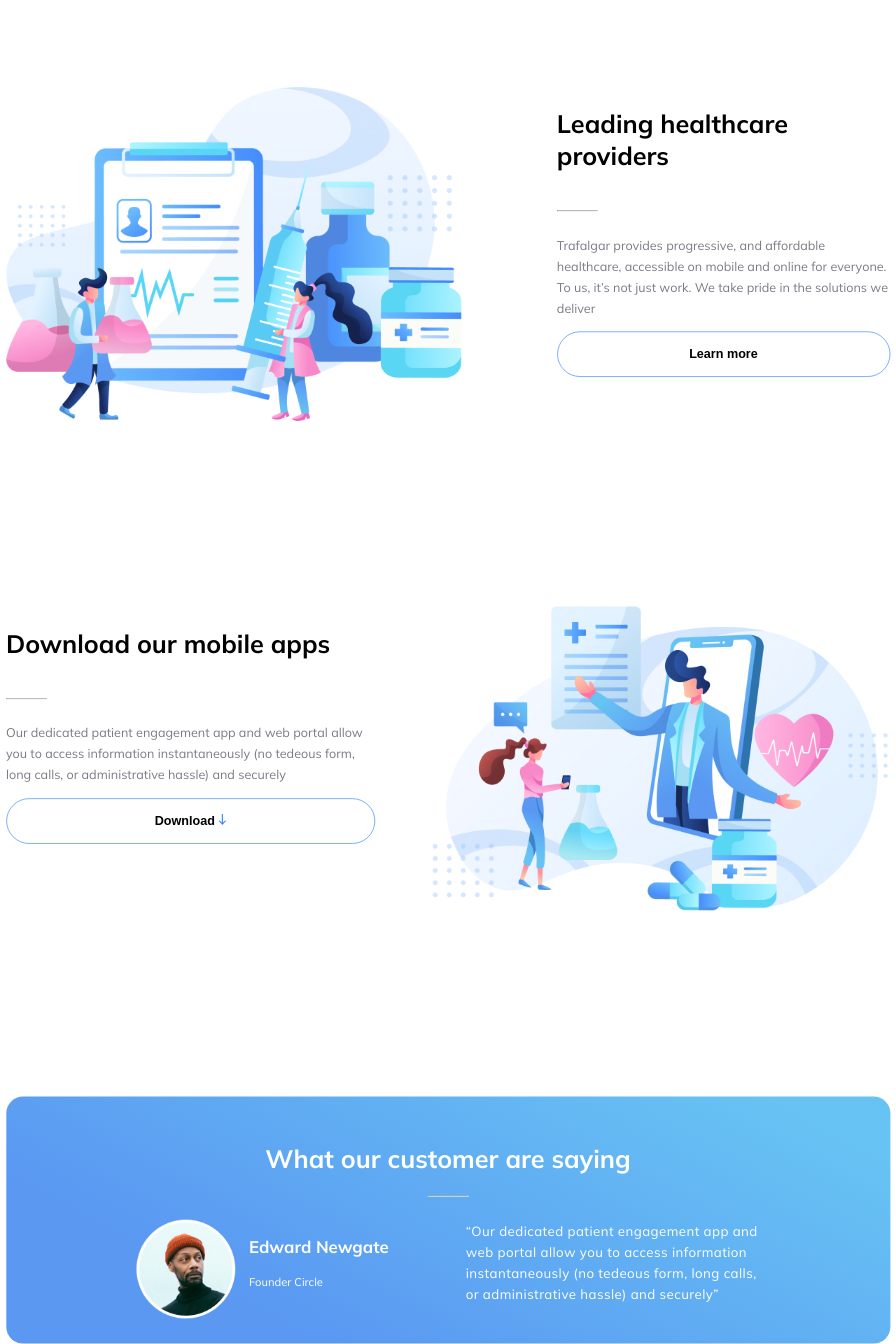
Repository: ivan-developer-01/trafalgar-layout
Page: index.html
An editor plug-in stored every save of this project. The page is shown before and after the next save, followed by the edit.
The browser window is 1280 px wide. The pictures show the part of the page from y = 2078 to 3998 px (the page is 3998 px tall before and 3986 px after), at 70% of full size.

Above is the page before, as saved 2024-11-08 16:06:32.

### index.html
<!DOCTYPE html>
<html lang="en">
<head>
	<meta charset="UTF-8">
	<meta http-equiv="X-UA-Compatible" content="IE=edge">
	<meta name="viewport" content="width=device-width, initial-scale=1.0">
	<title>Trafalgar Services</title>
	<link rel="preconnect" href="https://fonts.googleapis.com">
	<link rel="preconnect" href="https://fonts.gstatic.com" crossorigin>
	<link href="https://fonts.googleapis.com/css2?family=Mulish:ital,wght@0,200;0,300;0,400;0,500;0,600;0,700;0,800;0,900;1,200;1,300;1,400;1,500;1,600;1,700;1,800;1,900&display=swap" rel="stylesheet">
	<link rel="stylesheet" href="style.css">
</head>
<body>
	<header class="header">
		<div class="container">
			<!-- left part -->
			<div>
				<div class="logo">
					<img src="images/logo.png" alt="Trafalgar Logo">
				</div>
			</div>

			<!-- right part -->
			<div>
				<nav>
					<a href="#" class="nav__link nav__link-main">Home</a>
					<a href="#" class="nav__link">Find a doctor</a>
					<a href="#" class="nav__link">Apps</a>
					<a href="#" class="nav__link">Testimonials</a>
					<a href="#" class="nav__link">About us</a>
				</nav>
			</div>
		</div>
	</header>

	<main>
		<section class="main-info">
			<div class="container">
				<!-- left part -->
				<div>
					<h1>Virtual healthcare for you</h1>

					<p>Trafalgar provides progressive, and affordable healthcare, accessible on mobile and online for everyone</p>

					<button class="button round-button bg-blue">Consult today</button>
				</div>

				<!-- right part -->
				<div>
					<img src="images/hero.png" alt="Trafalgar hero image">
				</div>
			</div>

			<div class="overlay"></div>
		</section>

		<section class="our-services">
			<div class="container">
				<h2>Our services</h2>
				<hr>

				<p>We provide to you the best choiches for you. Adjust it to your health needs and make sure your undergo treatment with our highly qualified doctors you can consult with us which type of service is suitable for your health</p>

				<div class="cards">
					<div class="card">
						<img src="images/our-services/cards/search-doctor.svg" alt="Search doctor">
						<h3>Search doctor</h3>
						<p>Choose your doctor from thousands of specialist, general, and trusted hospitals</p>
					</div>
					<div class="card">
						<img src="images/our-services/cards/online-pharmacy.svg" alt="Online pharmacy">
						<h3>Online pharmacy</h3>
						<p>Buy  your medicines with our mobile application with a simple delivery system</p>
					</div>
					<div class="card">
						<img src="images/our-services/cards/consultation.svg" alt="Consultation">
						<h3>Consultation</h3>
						<p>Free consultation with our trusted doctors and get the best recomendations</p>
					</div>
					<div class="card">
						<img src="images/our-services/cards/details-info.svg" alt="Details info">
						<h3>Details info</h3>
						<p>Free consultation with our trusted doctors and get the best recomendations</p>
					</div>
					<div class="card">
						<img src="images/our-services/cards/emergency-care.svg" alt="Emergency care">
						<h3>Emergency care</h3>
						<p>You can get 24/7 urgent care for yourself or your children and your
lovely family</p>
					</div>
					<div class="card">
						<img src="images/our-services/cards/tracking.svg" alt="Tracking">
						<h3>Tracking</h3>
						<p>Track and save your medical history and health data</p>
					</div>
				</div>

				<button class="button round-button">Learn more</button>
			</div>

			<div class="overlay"></div>
			<div class="top-overlay"></div>
		</section>

		<section class="apps">
			<div class="container">
				<div class="flex-two-blocks">
					<!-- left part -->
					<div>
						<div class="image">
							<img src="images/apps/leading-healthcare-providers.png" alt="Leading healthcare providers">
						</div>
					</div>

					<!-- right part -->
					<div>
						<h2>Leading healthcare providers</h2>
						<hr>
						<p>
							Trafalgar provides progressive, and affordable healthcare, accessible on mobile and online for everyone. To us, it’s not just work. We take pride in the solutions we deliver
						</p>

						<button class="button round-button">Learn more</button>
					</div>
				</div>

				<div class="flex-two-blocks">
					<!-- left part -->
					<div>
						<h2>Download our mobile apps</h2>
						<hr>
						<p>
							Our dedicated patient engagement app and web portal allow you to access information instantaneously (no tedeous form, long calls, or administrative hassle) and securely
						</p>

						<button class="button round-button">Download
							<img src="images/arrow-download.svg" alt="Download icon">
						</button>
					</div>

					<!-- right part -->
					<div>
						<div class="image">
							<img src="images/apps/mobile-apps.png" alt="Mobile apps">
						</div>
					</div>
				</div>
			</div>
		</section>

		<section class="reviews">
			<div class="container">
				<h2>What our customer are saying</h2>
				<hr>
				<div class="review-slider">
					<div class="review">
						<div class="review-user">
							<img src="images/reviews/avatar-1.png" alt="Avatar" class="avatar">
							<div class="user-credentials">
								<h3>Edward Newgate</h3>
								<span>Founder Circle</span>
							</div>
						</div>

						<div class="review-text">
							<p>
								“Our dedicated patient engagement app and web portal allow you to access information instantaneously (no tedeous form, long calls, or administrative hassle) and securely”
							</p>
						</div>
					</div>
				</div>
			</div>
		</section>
	</main>
</body>
</html>

### style.css
html,
body {
	width: 100vw;
	margin: 0;
	padding: 0;
	font-family: 'Mulish', sans-serif;
}

.container {
	width: 100%;
	max-width: 1263px;
	margin: 0 auto;
}

section hr {
	width: 56px;
	margin-top: 26px;
	margin-bottom: 33px;
}

h1 {
	font-size: 48px;
}

h3 {
	font-size: 24px;
}

p {
	color: #7D7987;
	margin-top: 0;
}

.button {
	/* appearance: none; */
	border: 1px solid #458FF6;
	background: transparent;
	cursor: pointer;
	font-weight: 700;
	font-size: 18px;
	padding: 21px 41px;
}

.button.round-button {
	border-radius: 999px;
}

.bg-blue {
	background-color: #458FF6;
	color: #FFF;
}

/* header */
.header {
	padding-top: 56px;
}

.header .container {
	display: flex;
	justify-content: space-between;
	align-items: center;
}

.header nav {
	display: flex;
	gap: 40px;
	font-size: 18px;
}

.header nav a {
	text-decoration: none;
	color: #8f8a9a;
}

.header .nav__link-main {
	color: #1F1534;
}
/* /header */

/* main-info */
.main-info {
	position: relative;
}

.main-info .overlay {
	position: absolute;
	top: 0;
	left: 0;
	right: 0;
	bottom: 0;
	background-image: url(images/main-info-overlay.png);
	background-repeat: no-repeat;
	z-index: -1;
}

.main-info .container {
	display: flex;
	justify-content: space-between;
	align-items: center;
	gap: 109px;
}

.main-info p {
	font-size: 21px;
	line-height: 32px;
	margin-top: 25px;
	margin-bottom: 45px;
}
/* /main-info */

/* our-services */
.our-services {
	margin-top: 190px;
	position: relative;
}

.our-services .overlay,
.our-services .top-overlay {
	position: absolute;
	right: 0;
	bottom: 0;
	left: 0;
	background-repeat: no-repeat;
	z-index: -1;
	pointer-events: none;
}

.our-services .overlay {
	top: calc(20% - 44px);
	background-image: url(images/our-services/our-services-overlay.svg);
}

.our-services .top-overlay {
	top: 46%;
	left: 76%;
	background-image: url(images/our-services/our-services-top-overlay.svg);
}

.our-services .container {
	text-align: center;
}

.our-services p {
	max-width: 952px;
	margin: 0 auto;
}

.our-services .cards {
	display: grid;
	grid-template-columns: repeat(3, 1fr);
	gap: 34px;
	margin-top: 80px;
	position: relative;
	background: transparent;
}

.our-services .cards .card {
	box-shadow: 10px 40px 50px 0px #E5E9F666;
	/* top right bottom left */
	width: calc(350px - 52px - 36px);
	height: calc(354px - 58px - 47px);
	border-radius: 20px;
	padding: 58px 52px 47px 36px;
	text-align: left;
	background: #FFF;
	z-index: 1;
}

.our-services .cards .card p {
	font-size: 16px;
	line-height: 28px;
}

.our-services .cards .card h3 {
	margin-top: 36.25px;
}

.our-services .button {
	margin-top: 72px;
	color: #458FF6;
	border-width: 1.4px;
	min-width: 200px;
}
/* /our-services */

/* apps */
.apps {
	margin-top: 220px;
}

.apps .container {
	display: grid;
	gap: 265px;
}

.apps .flex-two-blocks {
	display: flex;
}

.apps .flex-two-blocks div {
	display: flex;
	flex-direction: column;
}

.apps .flex-two-blocks h2 {
	font-size: 36px;
}

.apps .flex-two-blocks hr {
	text-align: left;
	width: 56px;
	margin-left: 0;
	margin-right: 0;
}

.apps .flex-two-blocks p {
	font-size: 18px;
	line-height: 30px;
}

.apps .flex-two-blocks:first-child {
	gap: 137px;
}

.apps .flex-two-blocks:last-child {
	gap: 71px;
}
/* /apps */

/* reviews */
.reviews {
	margin-top: 266px;
}

.reviews .container {
	background: linear-gradient(208.18deg, #67C3F3 9.05%, #5A98F2 76.74%);
	color: white;
	text-align: center;
	padding-top: 36px;
	padding-bottom: 36px;
	border-radius: 24px;
}

.reviews hr {
	color: white;
}

.reviews h2 {
	font-size: 36px;
}


.review-slider .review {
	display: flex;
	justify-content: center;
	align-items: center;
	gap: 110px;
}

.review-slider .review .review-user {
	display: flex;
	justify-content: center;
	gap: 20px;
	text-align: left;
}

.review-slider .review .review-text {
	text-align: left;
	max-width: 420px;
}

.review-slider .review .review-text p {
	color: white;
	font-size: 19px;
	letter-spacing: 0.6px;
	line-height: 30px;
}
/* /reviews */

After the next save:
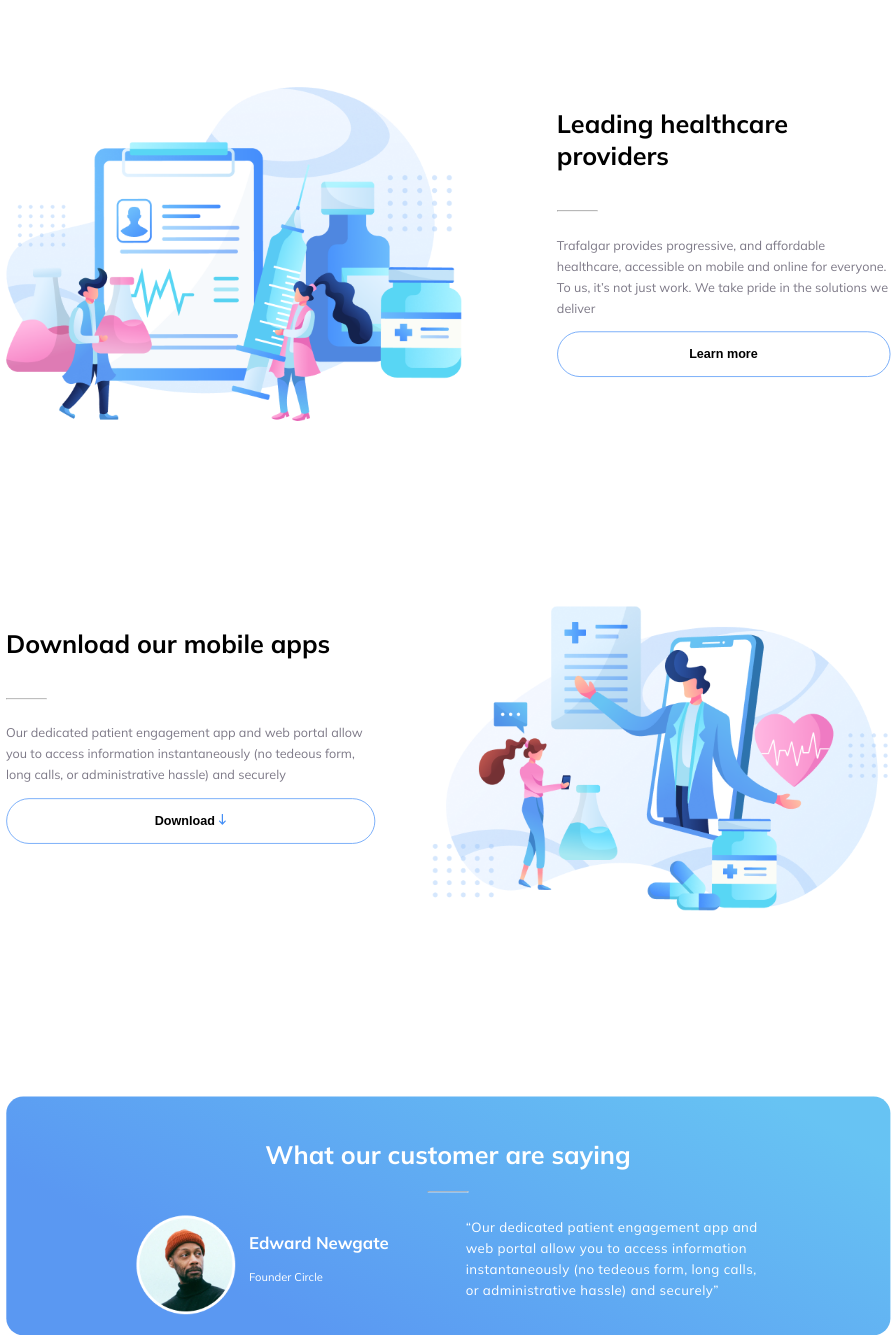
Saved 12 s later.
--- a/style.css
+++ b/style.css
@@ -236,8 +236,8 @@ p {
 	background: linear-gradient(208.18deg, #67C3F3 9.05%, #5A98F2 76.74%);
 	color: white;
 	text-align: center;
-	padding-top: 36px;
-	padding-bottom: 36px;
+	padding-top: 30px;
+	padding-bottom: 30px;
 	border-radius: 24px;
 }
 
